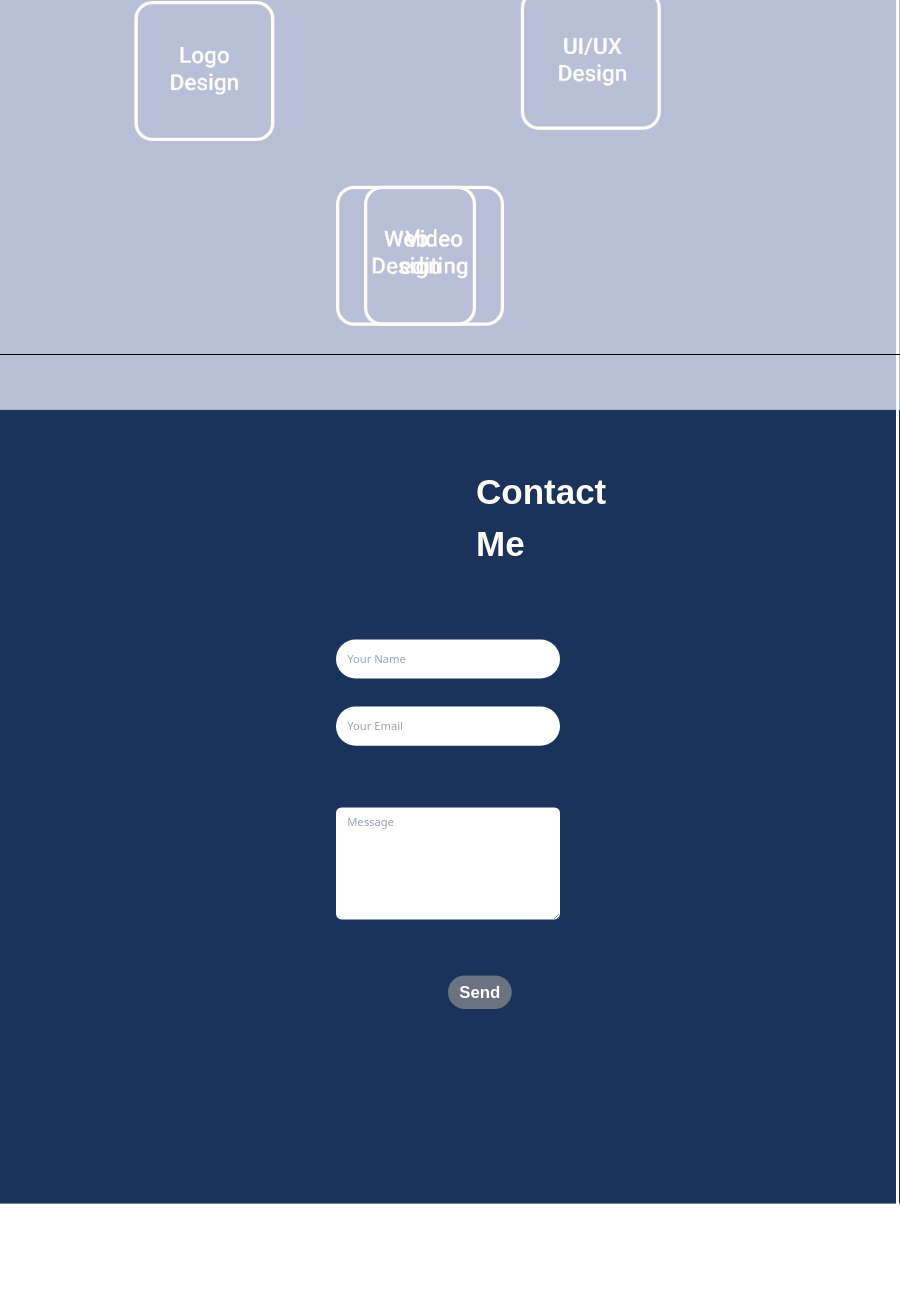
Repository: MEROO1010/my_portfolio
Page: /
The author's editor kept a copy of each file at every save. The page is drawn from the files as they stood at one save, then again after the next save.
The browser window is 1280 px wide. The page is 1285 px wide, so the pictures cover 1285 px, including what lies to the right of the window. The pictures show the part of the page from y = 2398 to 4278 px (the page is 4278 px tall), at 70% of full size.
The project was rebuilt for these pictures with package versions that can differ from the ones it lists, and the page was loaded fresh each time. The framework's server and built-in components were replaced by stand-ins that run in the browser. Also part of the build but not shown: next.config.js.

Above is the page before, as saved 2023-08-17 09:39:02.

After the next save:
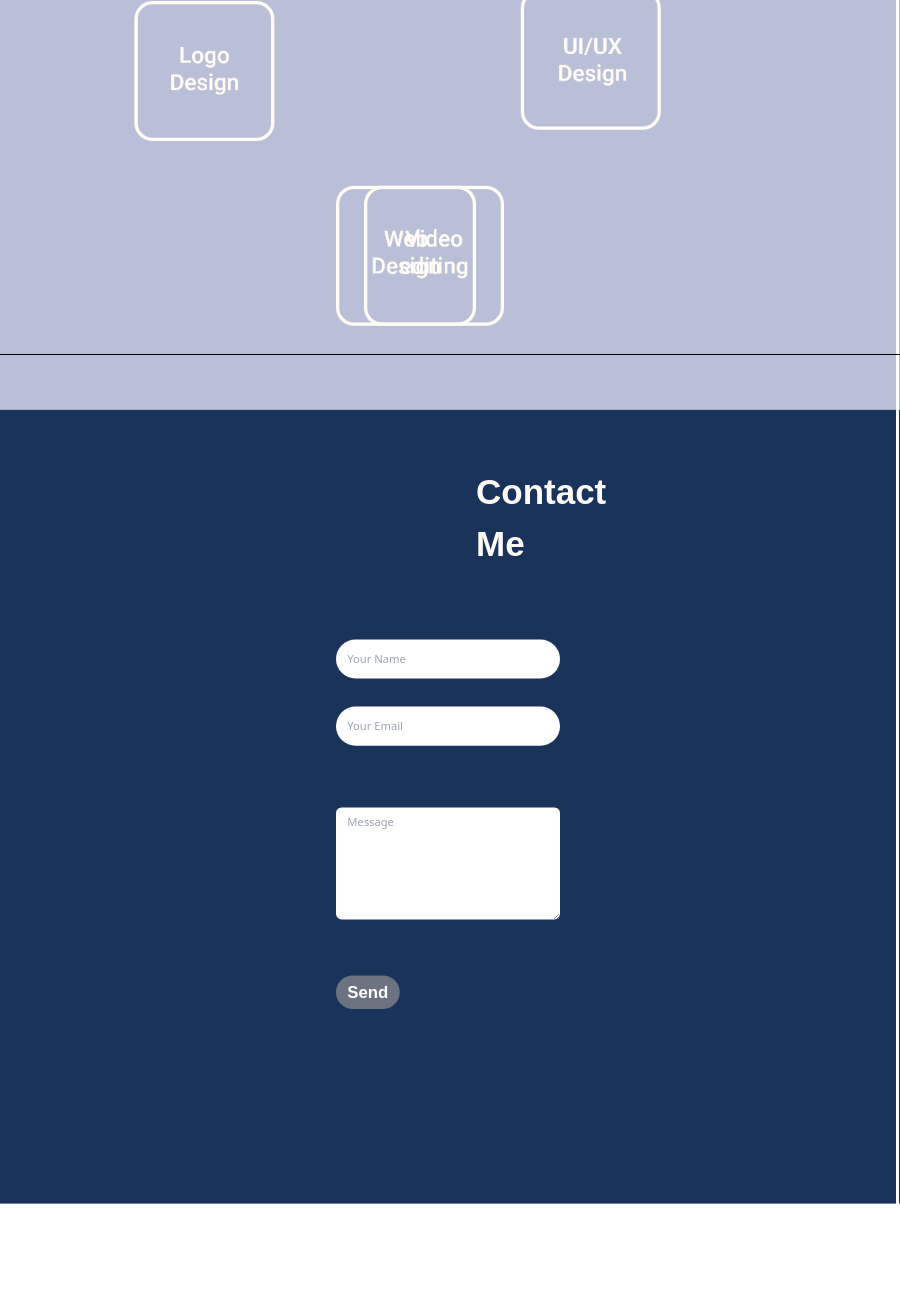
Saved 4 s later.
--- a/pages/components/Form.tsx
+++ b/pages/components/Form.tsx
@@ -6,7 +6,7 @@ const Form = () => {
     <input type="text" placeholder="Your Name" className="px-4 py-2 mx-4 my-2 rounded-full h-14 w-80"/><br/><br/>
     <input type="text" placeholder="Your Email" className="px-4 py-2 mx-4 my-2 rounded-full h-14 w-80"/><br/>
     <textarea placeholder="Message" className="relative px-4 py-2 mx-14 my-20  rounded-lg h-40 w-80"></textarea>
-    <button type="submit" className=" absolute left-80 px-4 py-2 mx-80 my-80 font-raleway text-2xl font-semibold text-white bg-gray-500 rounded-full">Send</button>
+    <button type="submit" className=" absolute left-40 px-4 py-2 mx-80 my-80 font-raleway text-2xl font-semibold text-white bg-gray-500 rounded-full">Send</button>
 </div>
 
   )
